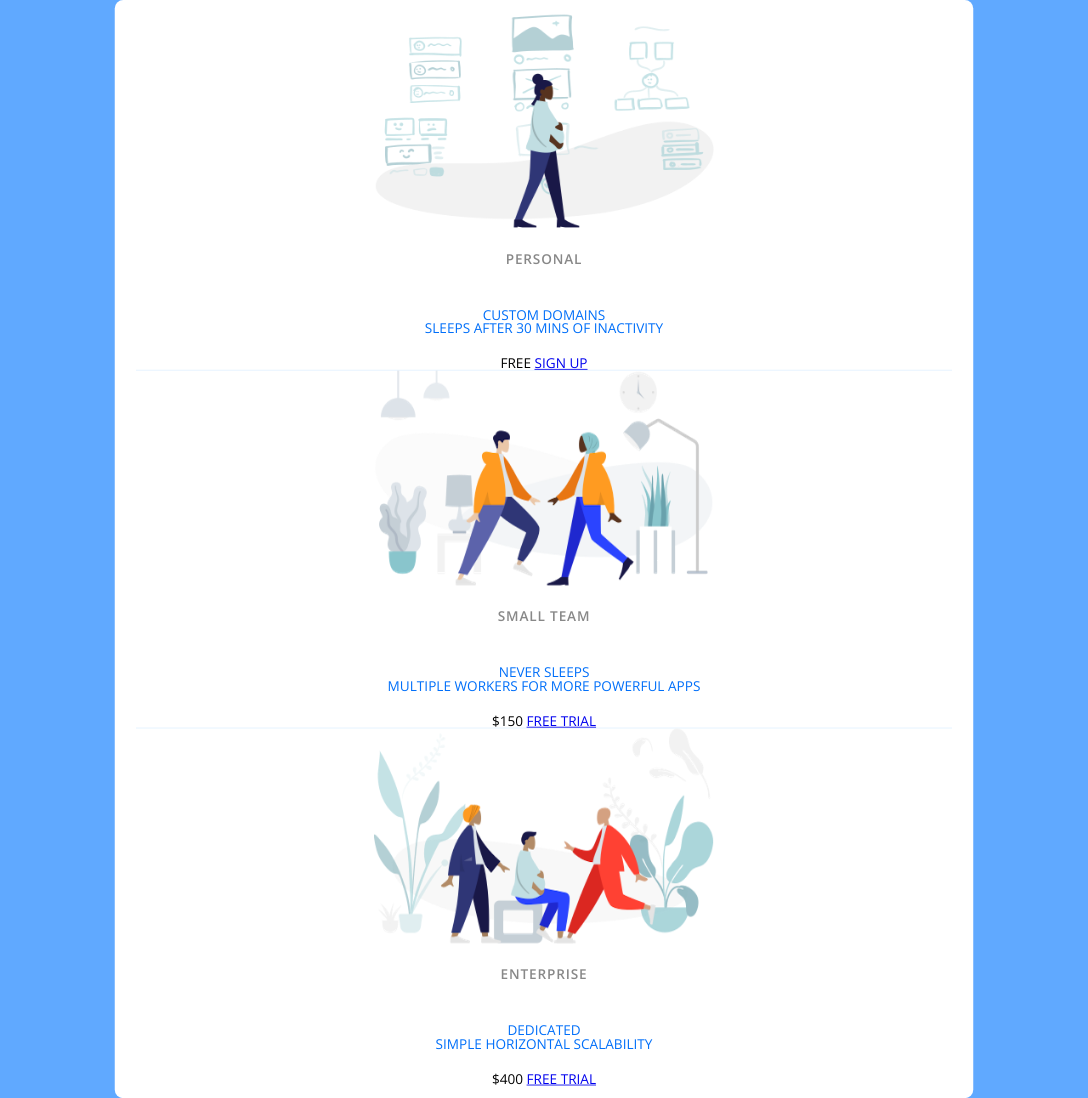
Repository: patrik-fredlund/pricing_panel_udemy
Page: PriceTableStarter/index.html
The author's editor kept a copy of each file at every save. The page is drawn from the files as they stood at one save, then again after the next save.
The browser window is 1280 px wide. The pictures show the whole page, at 85% of full size.

Above is the page before, as saved 2021-06-27 13:38:34.

### PriceTableStarter/index.html
<!DOCTYPE html>
<html lang="en">

<head>
    <meta charset="UTF-8">
    <meta name="viewport" content="width=device-width, initial-scale=1.0">
    <title>Price Tiers</title>
    <link rel="stylesheet" href="https://fonts.googleapis.com/css?family=Open+Sans:400,600,700">
    <link rel="stylesheet" href="app.css">
</head>

<body>
    <div class="panel pricing-table">

        <div class="pricing-plan">
            <img src="icons/icon1.png" alt="" class="pricing-img">
            <h2 class="pricing-header">Personal</h2>
            <ul class="pricing-features">
                <li class="pricing-features-item">Custom domains</li>
                <li class="pricing-features-item">Sleeps after 30 mins of inactivity</li>
            </ul>
            <span class="pricing-price">Free</span>
            <a href="#/" class="pricing-button">Sign up</a>
        </div>

        <div class="pricing-plan">
            <img src="icons/icon2.png" alt="" class="pricing-img">
            <h2 class="pricing-header">Small team</h2>
            <ul class="pricing-features">
                <li class="pricing-features-item">Never sleeps</li>
                <li class="pricing-features-item">Multiple workers for more powerful apps</li>
            </ul>
            <span class="pricing-price">$150</span>
            <a href="#/" class="pricing-button is-featured">Free trial</a>
        </div>

        <div class="pricing-plan">
            <img src="icons/icon3.png" alt="" class="pricing-img">
            <h2 class="pricing-header">Enterprise</h2>
            <ul class="pricing-features">
                <li class="pricing-features-item">Dedicated</li>
                <li class="pricing-features-item">Simple horizontal scalability</li>
            </ul>
            <span class="pricing-price">$400</span>
            <a href="#/" class="pricing-button">Free trial</a>
        </div>

    </div>

</body>

</html>

### PriceTableStarter/app.css
/* http://meyerweb.com/eric/tools/css/reset/
   v2.0 | 20110126
   License: none (public domain)
*/

/* ---------------css reset------------------ */

html, body, div, span, applet, object, iframe,
h1, h2, h3, h4, h5, h6, p, blockquote, pre,
a, abbr, acronym, address, big, cite, code,
del, dfn, em, img, ins, kbd, q, s, samp,
small, strike, strong, sub, sup, tt, var,
b, u, i, center,
dl, dt, dd, ol, ul, li,
fieldset, form, label, legend,
table, caption, tbody, tfoot, thead, tr, th, td,
article, aside, canvas, details, embed,
figure, figcaption, footer, header, hgroup,
menu, nav, output, ruby, section, summary,
time, mark, audio, video {
	margin: 0;
	padding: 0;
	border: 0;
	font-size: 100%;
	font: inherit;
	vertical-align: baseline;
}
/* HTML5 display-role reset for older browsers */
article, aside, details, figcaption, figure,
footer, header, hgroup, menu, nav, section {
	display: block;
}
body {
	line-height: 1;
}
ol, ul {
	list-style: none;
}
blockquote, q {
	quotes: none;
}
blockquote:before, blockquote:after,
q:before, q:after {
	content: '';
	content: none;
}
table {
	border-collapse: collapse;
	border-spacing: 0;
}


/* ------------------------------------------- */

html {
    box-sizing: border-box;
    font-family: 'Open Sans', sans-serif;
}

body {
    background-color: #60a9ff;
    display: flex;
    justify-content: center;
    align-items: center;
    min-height: 100vh;
}

.panel {
    background-color: white;
    border-radius: 10px;
    padding: 15px 25px;
    width: 100%;
    max-width: 960px;
    display: flex;
    flex-direction: column;
    text-align: center;
    text-transform: uppercase;
}

.pricing-plan {
    border-bottom: 1px solid #e1f1ff;
}

.pricing-plan:last-child {
    border-bottom: none;
}

.pricing-img {
    margin-bottom: 25px;
    /* width: 100%; */
    max-width: 100%;
}

.pricing-header {
    color: #888;
    font-weight: 600;
    letter-spacing: 1px;
}

.pricing-features {
    margin: 50px 0 25px;
    color: #016ff9;
}

.pricing-features-items {
    font-weight: 600;
    letter-spacing: 1px;
}

After the next save:
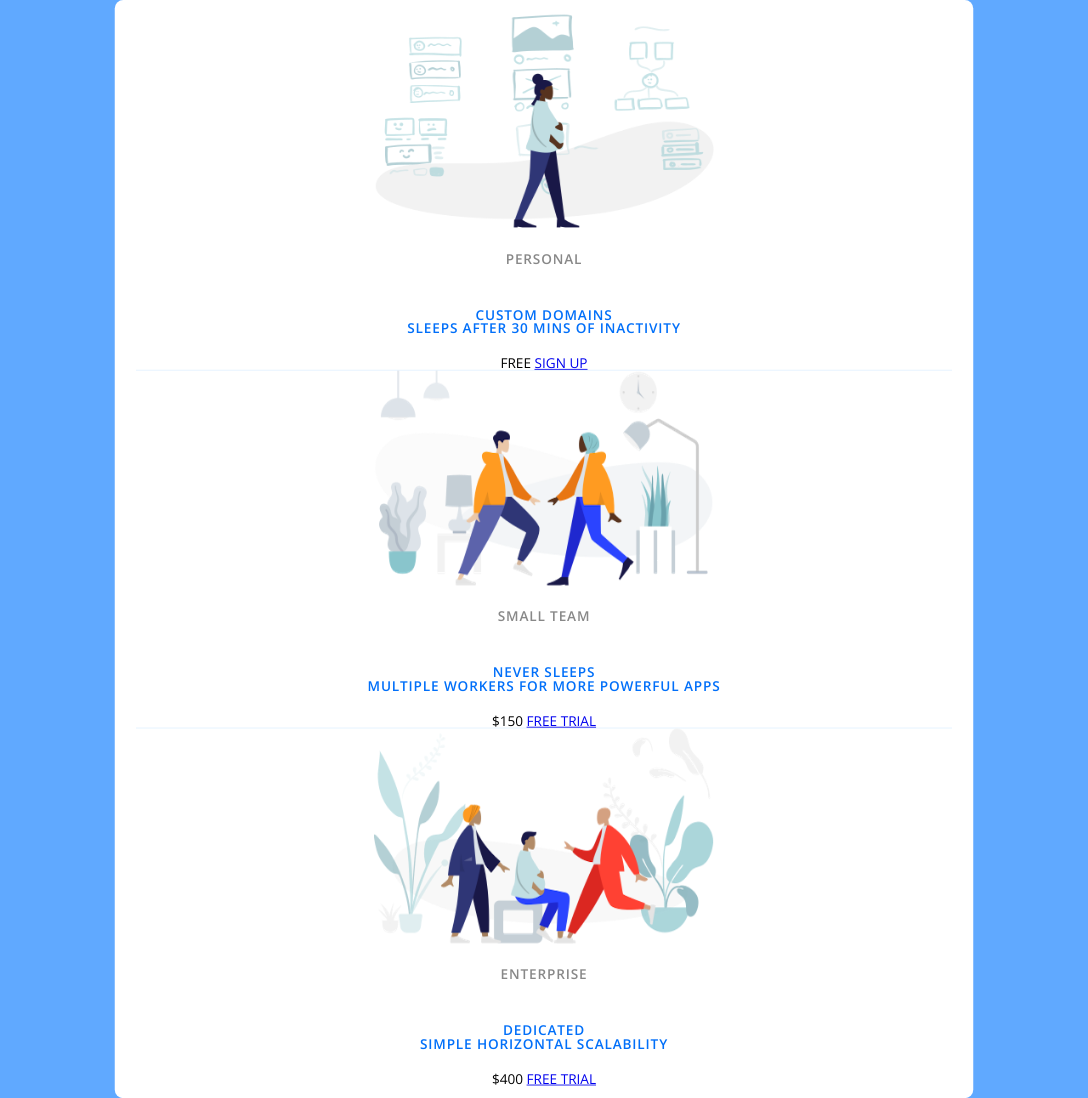
Saved 25 s later.
--- a/PriceTableStarter/app.css
+++ b/PriceTableStarter/app.css
@@ -102,7 +102,7 @@ body {
     color: #016ff9;
 }
 
-.pricing-features-items {
+.pricing-features-item {
     font-weight: 600;
     letter-spacing: 1px;
 }
